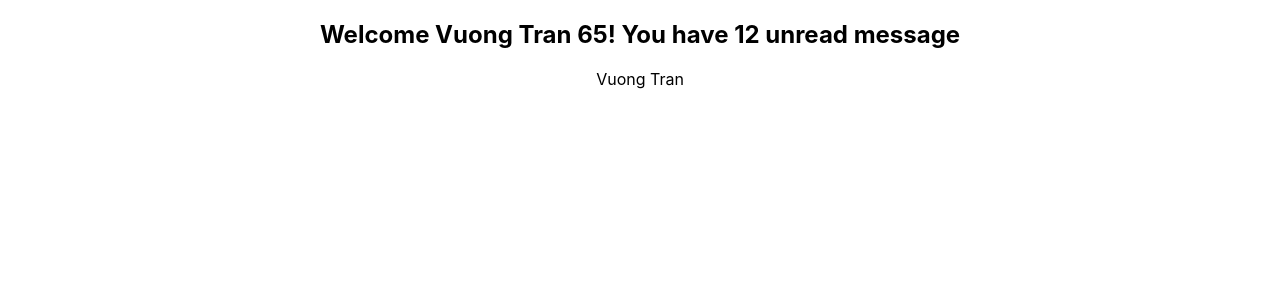
Repository: vuongtm1999/ALTA-exercise-1
Page: /
An editor plug-in stored every save of this project. The page is shown before and after the next save, followed by the edit.
The browser window is 1280 px wide. The pictures show the whole page.
The project was rebuilt for these pictures with package versions that can differ from the ones it lists, and the page was loaded fresh each time.

Above is the page before, as saved 2022-10-24 16:51:36.

After the next save:
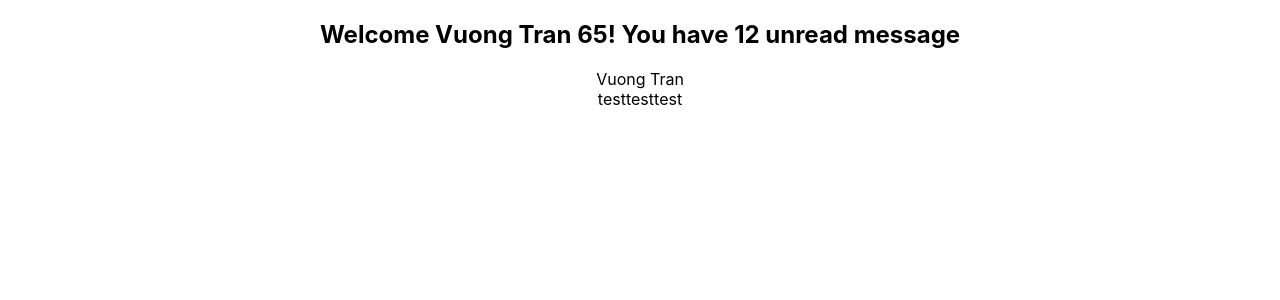
Saved 5 s later.
--- a/src/components/PersonList.tsx
+++ b/src/components/PersonList.tsx
@@ -10,6 +10,7 @@ export const PersonList = (props: PersonListProps) => {
         <div>
             {props.names.map(name => {
                 console.log(name);
+                return "test"
             })}
         </div>
      );
